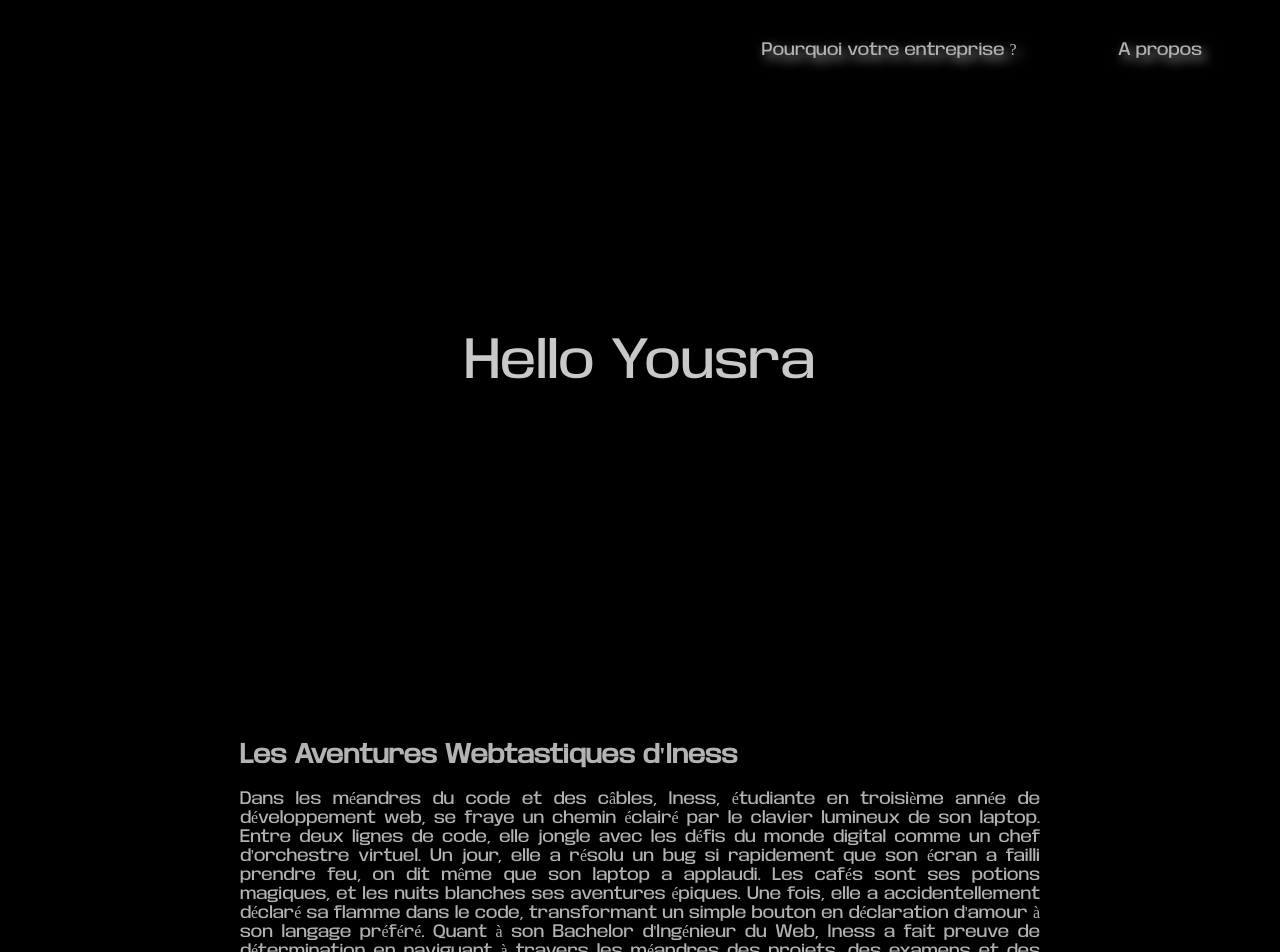
Repository: inessben/application
Page: index.html
An editor plug-in stored every save of this project. The page is shown before and after the next save, followed by the edit.
The browser window is 1280 px wide. The pictures show the part of the page from y = 0 to 952 px (the page is 1931 px tall).
A picture or video elsewhere on the page could not be fetched, so the positions and the page height are approximate.

Above is the page before, as saved 2023-12-03 23:08:15.

### index.html
<!DOCTYPE html>
<html lang="en">
<head>
    <meta charset="UTF-8">
    <meta name="viewport" content="width=device-width, initial-scale=1.0">
    <!-- generate the icon -->
    <link rel="apple-touch-icon" sizes="180x180" href="/favicon/apple-touch-icon.png">
    <link rel="icon" type="image/png" sizes="32x32" href="/favicon/favicon-32x32.png">
    <link rel="icon" type="image/png" sizes="16x16" href="/favicon/favicon-16x16.png">
    <link rel="manifest" href="/favicon/site.webmanifest">
    <link rel="mask-icon" href="/favicon/safari-pinned-tab.svg" color="#5bbad5">
    <meta name="msapplication-TileColor" content="#da532c">
    <!--  -->
    <meta name="theme-color" content="#ffffff">
    <title>#slowlyApplication</title>
    <link rel="stylesheet" href="index.css">
</head>
<body>

    <section id="nav-header">
        <header class="nav-links">
            <!-- <a href="/index.html" class="link">Accueil</a> -->
            <a href="/company/company.html" class="link">Pourquoi votre entreprise ?</a>
            <a href="/about/about.html" class="link">A propos</a>
        </header>
    </section>

    <section id="interactive-section">
    <p id="text-content">Hello Yousra</p>
    </section>

    <section id="main-content">
        <h1>Les Aventures Webtastiques d'Iness</h1>
        <p>Dans les méandres du code et des câbles, Iness, étudiante en troisième année de développement web, se fraye un chemin éclairé par le clavier lumineux de son laptop. Entre deux lignes de code, elle jongle avec les défis du monde digital comme un chef d'orchestre virtuel. Un jour, elle a résolu un bug si rapidement que son écran a failli prendre feu, on dit même que son laptop a applaudi. Les cafés sont ses potions magiques, et les nuits blanches ses aventures épiques. Une fois, elle a accidentellement déclaré sa flamme dans le code, transformant un simple bouton en déclaration d'amour à son langage préféré.
        Quant à son Bachelor d'Ingénieur du Web, Iness a fait preuve de détermination en naviguant à travers les méandres des projets, des examens et des serveurs capricieux. Elle a même convaincu un professeur de lui accorder un point supplémentaire avec un mème de chat hilarant. Lorsqu'on lui demande comment elle fait tout cela, elle répond avec un sourire malicieux : "C'est simple, il suffit de coder avec une touche de folie et une pincée de caféine !" Iness est sur le point de décrocher son diplôme, et le monde numérique tremble d'anticipation.</p>
    </section>

    <section id="carousel-container">
        <section id="testimonial1">
            <img src="/images/1.jpg">
            <h3><strong>John Doe, PDG de l’Imaginaire Corp.</strong></h3>
            <br>
            <br>
            <p>Travailler avec Iness était comme avoir un super-héros du code dans notre équipe. Ses superpouvoirs incluent la résolution des bugs et une créativité sans limites!</p>
        </section>

        <section id="testimonial2">
            <img src="/images/2.jpg">
            <h3><strong>Charlie Console, Architecte du Code chez InnovateTech</strong></h3>
            <br>
            <br>
            <p>Recruter Iness ? C’est comme ajouter des commentaires clairs à un script confus. Elle apporte de la clarté, de l’efficacité et un peu de magie à chaque ligne de code !</p>
        </section>

        <section id="testimonial3">
            <img src="/images/3.jpg">
            <h3><strong>Sophie Frontend, Directrice de l’Imaginaire Corp.</strong></h3>
            <br>
            <br>
            <p>Collaborer avec Iness a été comme travailler avec une fée du front-end. Elle a transformé nos designs en sites web interactifs qui enchantent nos utilisateurs !</p>
        </section>
        </section>

        <footer>
            <p>© Iness Ben Aïssa - All rights reversed. Because who needs those rights anyway?</p>
        </footer>


    <script src="script.js"></script>
</body>
</html>

### index.css
@font-face {
    font-family: "Jolley";
    src: url("/fonts/jolley.woff");
    }

@font-face {
    font-family: "Base Neue";
    src: url("/fonts/base-neue.ttf");
    }

body {
    margin: 0;
    font-family: "Base Neue";
    background-color: #000000;
    color: #c8c8c8;
    padding: 0;
    }

#nav-header {
    position: absolute;
    top: 30px;
    right: 20px;
    font-size: 16px;
    font-weight: 500;
    padding: 10px;
    }

.link {
    filter: drop-shadow(4px 5px 6px #b2b1b1);
    padding: 8px;
    text-decoration: none;
    color: #b3b3b3;
    margin: auto 40px;
    }

.link:hover {
    opacity: 0.7;
    }

#interactive-section {
    height: 100vh;
    font-size: 50px;
    display: flex;
    align-items: center;
    justify-content: center;
    background-color: #000000;
    transition: opacity 0.5s ease-in-out;
    }

#main-content {
    height: 100vh;
    color: #b3b3b3;
    max-width: 800px;
    margin: 20px auto;
    text-align: justify;
    padding: 0 20px;
    transition: opacity 0.5s ease-in-out;
    }


#carousel-container {
    display: flex;
    align-items: center;
    justify-content: center;
    display: flex;
    }

img{
    margin-left: -200px;
    border-radius: 100px;
    width: 120px;
    }

#testimonial1,
#testimonial2,
#testimonial3{
    height: 50vh;
    width: 400px;
    background: #B6C5B6;
    color: #333;
    border-radius: 20px;
    margin: 20px;
    padding: 10px;
    box-sizing: border-box;
    border-radius: 10px;
    text-align: center;
    opacity: 0.8;
    }

#testimonial1 p,
#testimonial2 p,
#testimonial3 p{
    position: relative;
    top: -100px;
    z-index: 99;
    font-size: 18px;
    text-align: center;
    }

#testimonial1 h3,
#testimonial2 h3,
#testimonial3 h3{
    position: relative;
    text-align: right;
    top: -100px;
    right: -180px;
    z-index: 99;
    width: 200px;
    font-size: 12px;

    }

footer{
    display: flex;
    align-items: center;
    justify-content: center;
    }

### script.js
const textContent = document.getElementById('text-content')
const interactiveSection = document.getElementById('interactive-section')
const mainContent = document.getElementById('main-content')
const h1Element = document.querySelector('#main-content h1')
const pElement = document.querySelector('#main-content p')

document.addEventListener('keydown', function (event) {
    if (event.code === 'Space') {
        switch (textContent.innerText) {
            case 'Hello Yousra':
                textContent.innerText = 'Hello Yasmine'
                break
            case 'Hello Yasmine':
                textContent.innerText = 'Hello Chi Khanh'
                break
            case 'Hello Chi Khanh':
                textContent.innerText = '...Or anyone else from the team'
                break
            case '...Or anyone else from the team':
                textContent.innerText = 'Let me present you...'
                break
            default:
                console.log('mainContent')
                interactiveSection.style.opacity = '0'
                interactiveSection.style.pointerEvents = 'none'
                // mainContent.classList.add('display')
                break
        }

        setTimeout(() => {
            mainContent.style.opacity = '1'
            h1Element.style.opacity = '1'
            pElement.style.opacity = '1'
        }, 300) // Ajustez le délai si nécessaire
    }
});

After the next save:
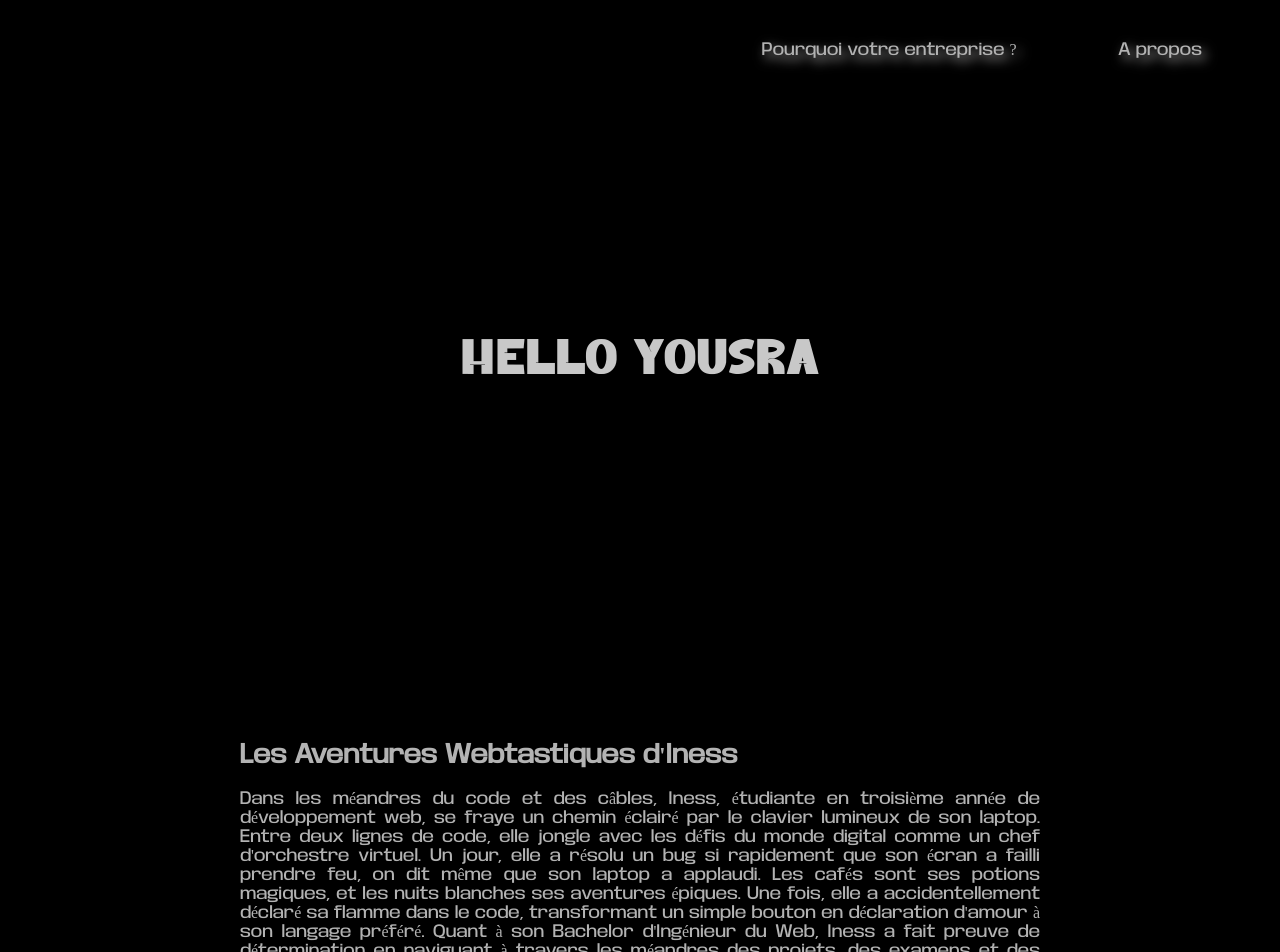
Saved 44 s later.
--- a/index.css
+++ b/index.css
@@ -38,6 +38,7 @@ body {
     }
 
 #interactive-section {
+    font-family: "Jolley";
     height: 100vh;
     font-size: 50px;
     display: flex;
